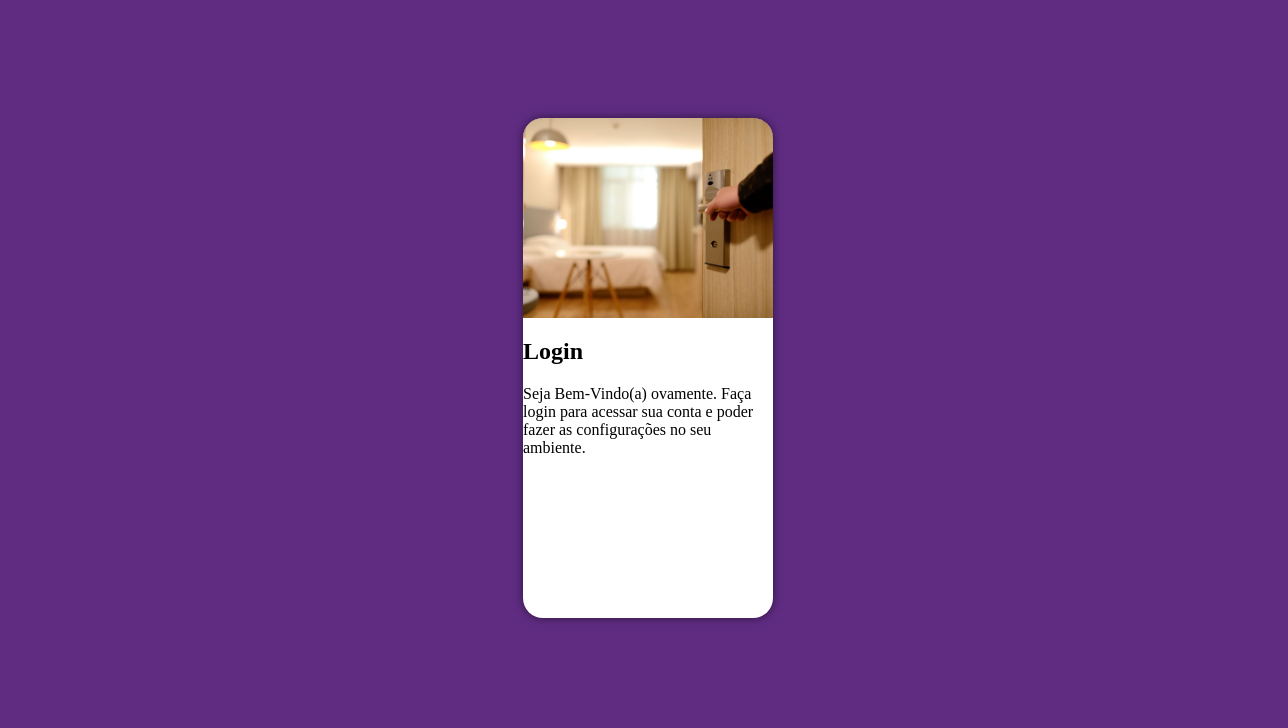
Repository: Guillermomarcon/Projeto-Login
Page: index.html
An editor plug-in stored every save of this project. The page is shown before and after the next save, followed by the edit.
The browser window is 1280 px wide. The page is 1288 px wide, so the pictures cover 1288 px, including what lies to the right of the window. The pictures show the whole page.

Above is the page before, as saved 2022-09-22 18:16:33.

### index.html
<!DOCTYPE html>
<html lang="pt-br">
<head>
    <meta charset="UTF-8">
    <meta http-equiv="X-UA-Compatible" content="IE=edge">
    <meta name="viewport" content="width=device-width, initial-scale=1.0">
    <title>Login</title>
    <link rel="stylesheet" href="estilos/style.css">
</head>
<body>
    <main>
        <section id="login">
            <div id="imagem">
            <!--Aqui vai a imagem css-->
            </div>

            <div id="formulario">
                <h1>Login</h1>

                <p>
                    Seja Bem-Vindo(a) ovamente. Faça login para acessar sua conta e poder fazer as configurações no seu ambiente.
                </p>
                <form action="login.php" method="post">


                </form>
            </div>
        </section>
    </main>

</body>
</html>

### estilos/style.css
@charset "utf-8"


/*
Paleta de cores
verde #49a09d
lilas #5f2c82
*/

*{
    font-family:system-ui, -apple-system, BlinkMacSystemFont, 'Segoe UI', Roboto, Oxygen, Ubuntu, Cantarell, 'Open Sans', 'Helvetica Neue', sans-serif;
    padding: 0px;
    margin: 0px;
    box-sizing: border-box;
}

body, html {
    background-color:#5f2c82 ;
    height: 100vh;
    width: 100vw;
}
main {
    position: relative;

    height: 100vh;
    width: 100vw;
}

section#login {
    position: absolute;
    top: 50%;
    left: 50%;
    transform: translate(-50%,-50%);
    background-color:white ;
    width: 250px;
    height: 500px;
    border-radius: 20px;
    overflow: auto;
    box-shadow: 0px 0px 10px rgba(0, 0, 0, 0.527);

}

section#login > div#imagem {
    display: block;
    background: #5f2c82 url(../imagens/pexels-pixabay-271639.jpg) no-repeat;
    background-size: cover;
    background-position: left bottom ;
    height: 200px;

}

section#login > div#formulário {
    display: block;
    padding: 10px;

}

After the next save:
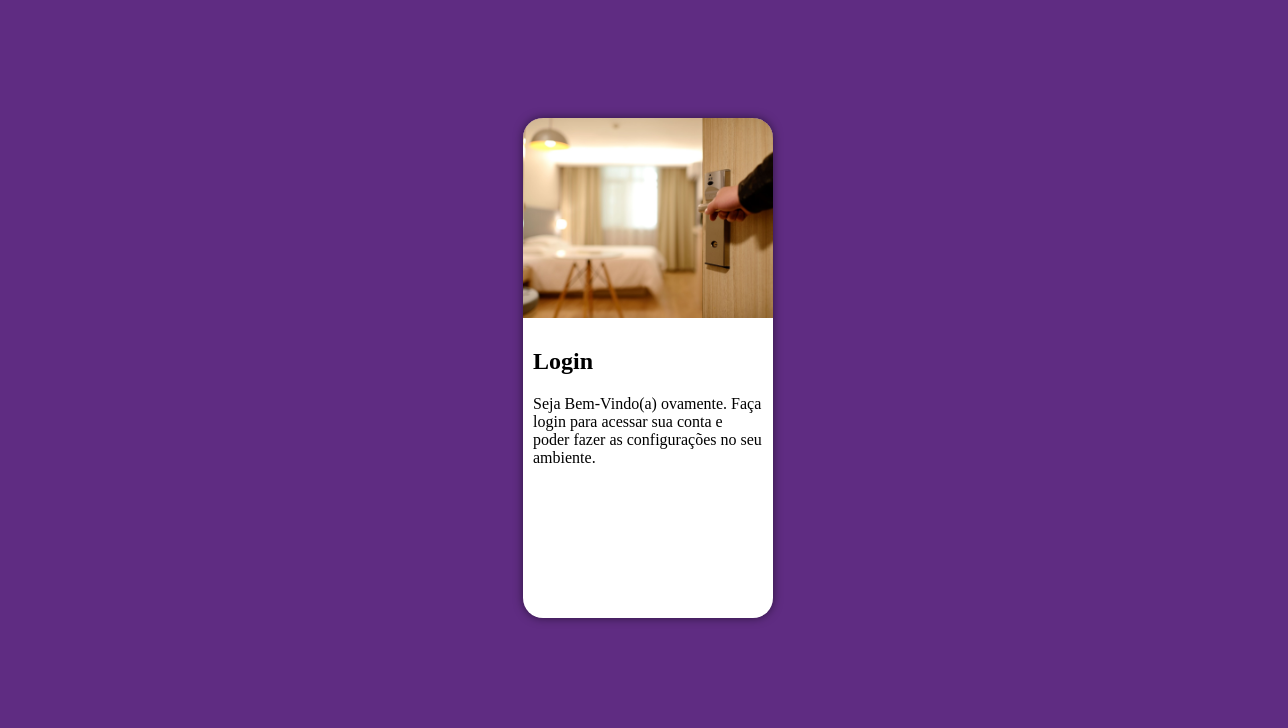
Saved 11 s later.
--- a/estilos/style.css
+++ b/estilos/style.css
@@ -49,7 +49,7 @@ section#login > div#imagem {
 
 }
 
-section#login > div#formulário {
+section#login > div#formulario {
     display: block;
     padding: 10px;
 
